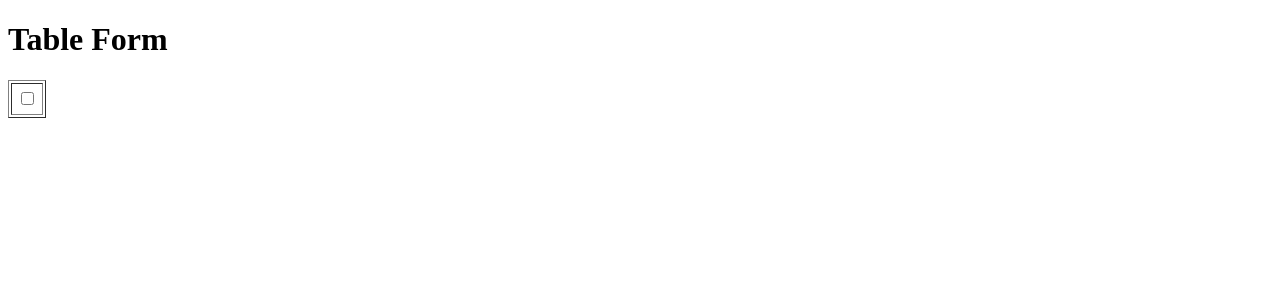
Repository: AHSANS354/tugas-sib5
Page: tugastable.html
These files come from the project's save history. The page is drawn as it stood at one moment and after the next save; the edit follows.
The browser window is 1280 px wide. The pictures show the whole page.

Above is the page before, as saved 2023-08-21 14:53:33.

### tugastable.html
<!DOCTYPE html>
<html lang="en">
  <head>
    <meta charset="UTF-8" />
    <meta name="viewport" content="width=device-width, initial-scale=1.0" />
    <title>Tugas Table</title>
  </head>
  <body>
    <h1>Table Form</h1>
    <table border="1" cellpadding="5">
      <tr>
        <th><input type="checkbox" name="ceklist" value="cekatas" /></th>
      </tr>
    </table>
  </body>
</html>

After the next save:
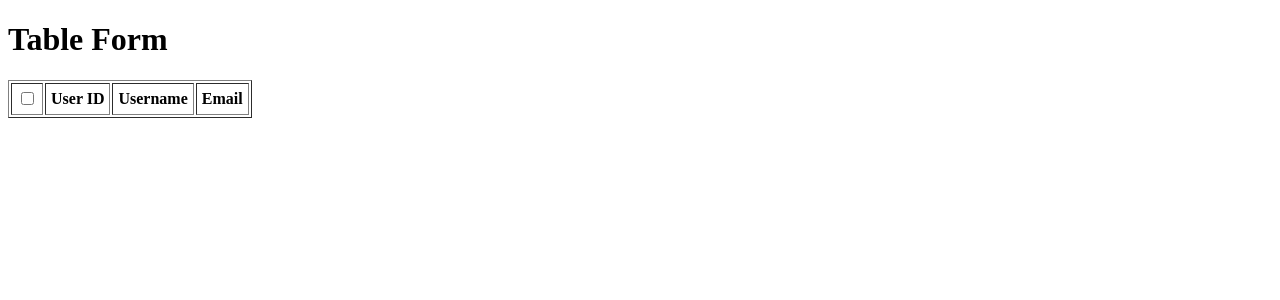
Saved 2 min 17 s later.
--- a/tugastable.html
+++ b/tugastable.html
@@ -10,6 +10,9 @@
     <table border="1" cellpadding="5">
       <tr>
         <th><input type="checkbox" name="ceklist" value="cekatas" /></th>
+        <th>User ID</th>
+        <th>Username</th>
+        <th>Email</th>
       </tr>
     </table>
   </body>
